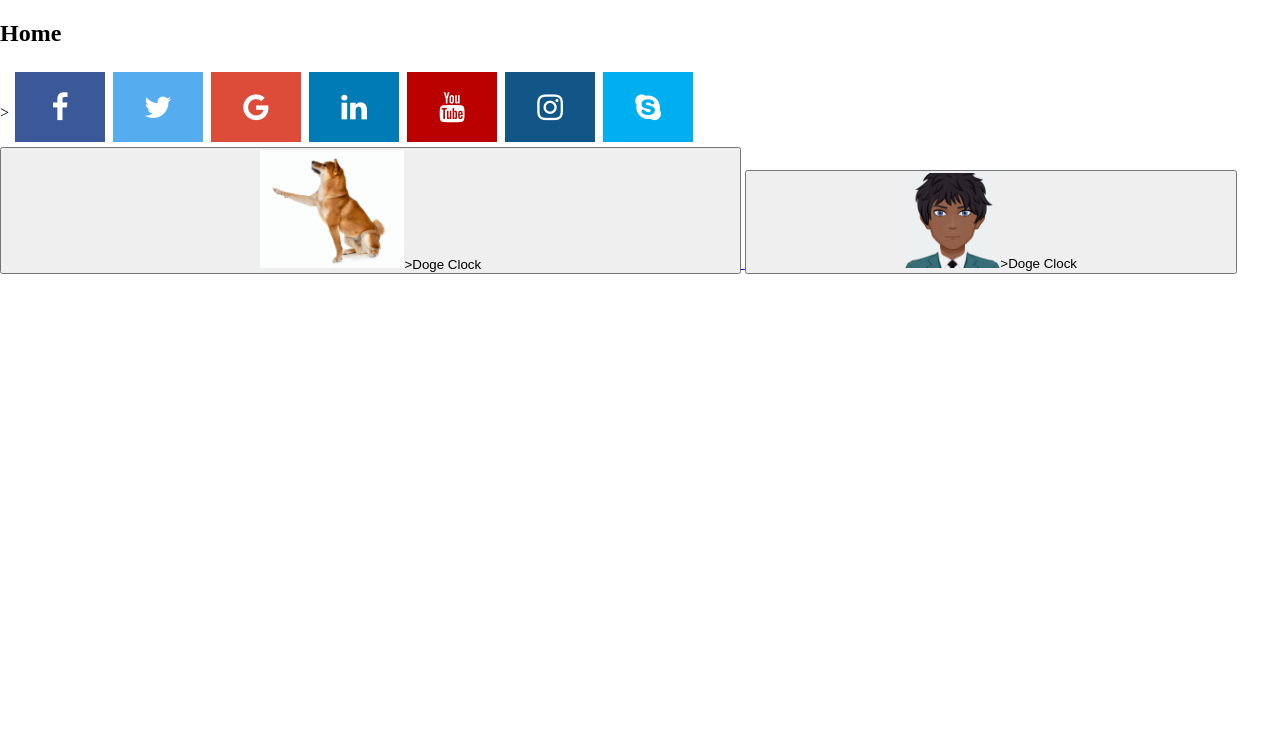
Repository: MatthewSalazar30/MatthewSalazar30.github.io
Page: Home.html
The author's editor kept a record of every edit. The page is drawn from the files as they stood at one moment, then again after the next edit.
The browser window is 1280 px wide. The pictures show the whole page.

Above is the page before.

### Home.html
<!DOCTYPE html>
<html>
<head>
<meta name="viewport" content="width=device-width, initial-scale=1">
<link rel="stylesheet" href="https://cdnjs.cloudflare.com/ajax/libs/font-awesome/4.7.0/css/font-awesome.min.css">




<style>

body, html {  height: 100%;margin: 0;}
.bg {
/* The image used */
background-image: url("https://media.giphy.com/media/10ECejNtM1GyRy/giphy.gif");
/* Full height */
height: 100%;
/* Center and scale the image nicely */
background-position: center;
background-repeat: no-repeat;
background-size: cover;  }
</style>

<style>



.fa {
  padding: 20px;
  font-size: 30px;
  width: 50px;
  text-align: center;
  text-decoration: none;
  margin: 5px 2px;
}

.fa:hover {
    opacity: 0.7;
}

.fa-facebook {
  background: #3B5998;
  color: white;
}

.fa-doge {
  background: #3B5998;
  color: white;
}
.fa-twitter {
  background: #55ACEE;
  color: white;
}

.fa-google {
  background: #dd4b39;
  color: white;
}

.fa-linkedin {
  background: #007bb5;
  color: white;
}

.fa-youtube {
  background: #bb0000;
  color: white;
}

.fa-instagram {
  background: #125688;
  color: white;
}

.fa-pinterest {
  background: #cb2027;
  color: white;
}

.fa-snapchat-ghost {
  background: #fffc00;
  color: white;
  text-shadow: -1px 0 black, 0 1px black, 1px 0 black, 0 -1px black;
}

.fa-skype {
  background: #00aff0;
  color: white;
}

.fa-android {
  background: #a4c639;
  color: white;
}

.fa-dribbble {
  background: #ea4c89;
  color: white;
}

.fa-vimeo {
  background: #45bbff;
  color: white;
}

.fa-tumblr {
  background: #2c4762;
  color: white;
}

.fa-vine {
  background: #00b489;
  color: white;
}

.fa-foursquare {
  background: #45bbff;
  color: white;
}

.fa-stumbleupon {
  background: #eb4924;
  color: white;
}

.fa-flickr {
  background: #f40083;
  color: white;
}

.fa-yahoo {
  background: #430297;
  color: white;
}

.fa-soundcloud {
  background: #ff5500;
  color: white;
}

.fa-reddit {
  background: #ff5700;
  color: white;
}

.fa-rss {
  background: #ff6600;
  color: white;
}
</style>
</head>
<body>

<h2>Home</h2>
>

<!-- Add font awesome icons -->
<a href="https://www.facebook.com/" class="fa fa-facebook"></a>
<a href="https://twitter.com/" class="fa fa-twitter"></a>
<a href="https://www.google.com/" class="fa fa-google"></a>
<a href="https://www.linkedin.com/" class="fa fa-linkedin"></a>
<a href="https://www.youtube.com/" class="fa fa-youtube"></a>
<a href="https://www.instagram.com/" class="fa fa-instagram"></a>
<a href="https://www.skype.com/en/" class="fa fa-skype"></a>


<div class="container">
  <a href="Dogs.html">
  <button class="btn"><img src="images/Doge.jpg" style="width:20%">>Doge Clock</button style="width:100&">
   <button class="btn"><img src="images/myAvatar.png" style="width:20%">>Doge Clock</button style="width:100&">
</a>
</div>



</body>
</html>

After the next edit:
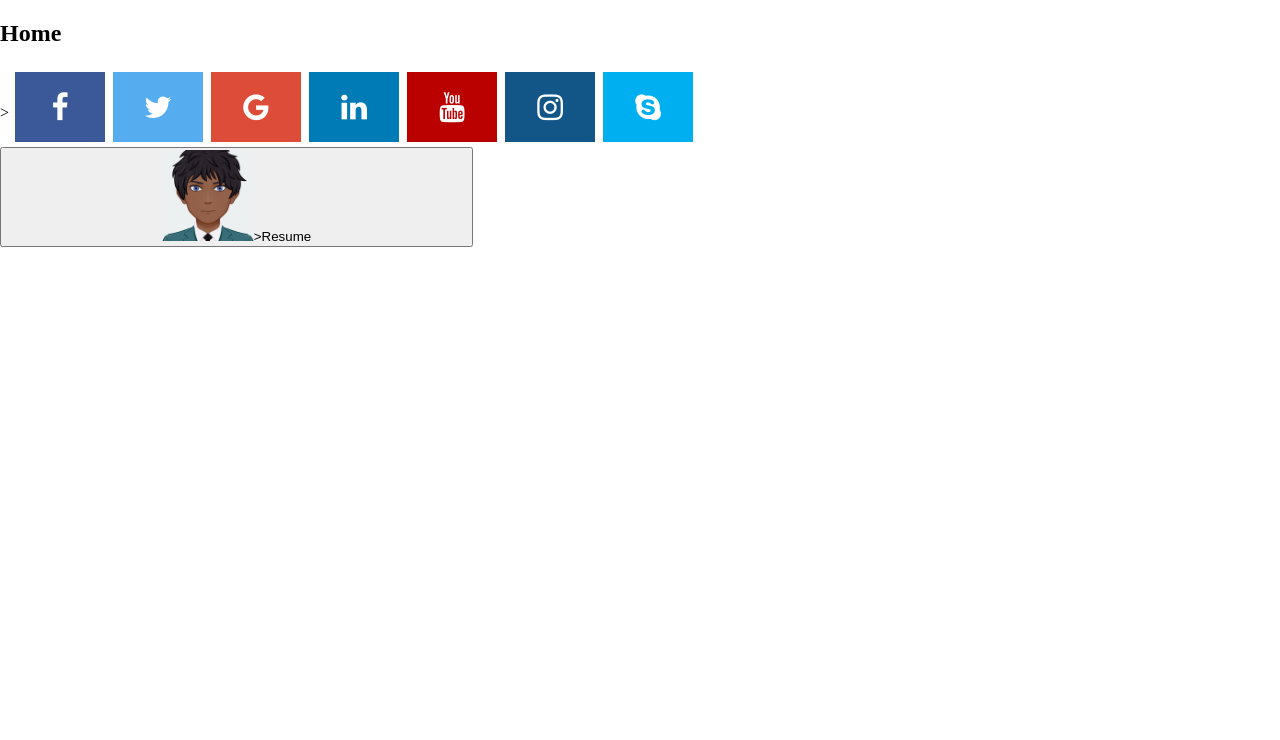
The edit:
--- a/Home.html
+++ b/Home.html
@@ -166,8 +166,9 @@
 
 <div class="container">
   <a href="Dogs.html">
-  <button class="btn"><img src="images/Doge.jpg" style="width:20%">>Doge Clock</button style="width:100&">
-   <button class="btn"><img src="images/myAvatar.png" style="width:20%">>Doge Clock</button style="width:100&">
+  <a href="avatar.html">
+
+   <button class="btn"><img src="images/myAvatar.png" style="width:20%">>Resume</button style="width:100&">
 </a>
 </div>
 
